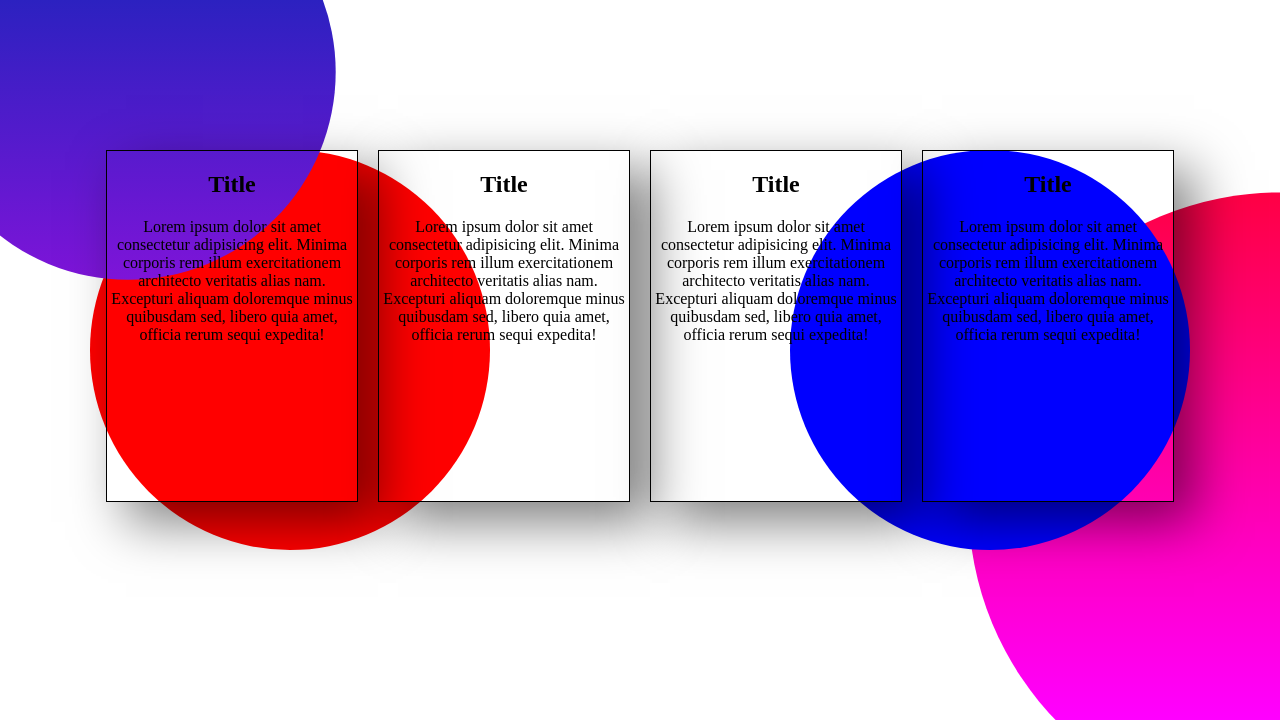
Repository: dovanluyen1996/Test-Git-PR
Page: index.html
The author's editor kept a copy of each file at every save. The page is drawn from the files as they stood at one save, then again after the next save.
The browser window is 1280 px wide. The pictures show the whole page.

Above is the page before, as saved 2021-09-06 23:52:07.

### index.html
<!DOCTYPE html>
<html lang="en">
  <head>
    <meta charset="UTF-8" />
    <meta http-equiv="X-UA-Compatible" content="IE=edge" />
    <meta name="viewport" content="width=device-width, initial-scale=1.0" />
    <title>TestVsCode</title>
    <link rel="stylesheet" href="css/style.css" />
  </head>

  <body>
    <div class="container">
      <div class="test1"></div>
      <div class="test2"></div>
    </div>
    <div class="center">
      <div class="item-center">
        <h2>Title</h2>
        <p class="text">
          Lorem ipsum dolor sit amet consectetur adipisicing elit. Minima
          corporis rem illum exercitationem architecto veritatis alias nam.
          Excepturi aliquam doloremque minus quibusdam sed, libero quia amet,
          officia rerum sequi expedita!
        </p>
      </div>
      <div class="item-center">
        <h2>Title</h2>
        <p class="text">
          Lorem ipsum dolor sit amet consectetur adipisicing elit. Minima
          corporis rem illum exercitationem architecto veritatis alias nam.
          Excepturi aliquam doloremque minus quibusdam sed, libero quia amet,
          officia rerum sequi expedita!
        </p>
      </div>
      <div class="item-center">
        <h2>Title</h2>
        <p class="text">
          Lorem ipsum dolor sit amet consectetur adipisicing elit. Minima
          corporis rem illum exercitationem architecto veritatis alias nam.
          Excepturi aliquam doloremque minus quibusdam sed, libero quia amet,
          officia rerum sequi expedita!
        </p>
      </div>
      <div class="item-center">
        <h2>Title</h2>
        <p class="text">
          Lorem ipsum dolor sit amet consectetur adipisicing elit. Minima
          corporis rem illum exercitationem architecto veritatis alias nam.
          Excepturi aliquam doloremque minus quibusdam sed, libero quia amet,
          officia rerum sequi expedita!
        </p>
      </div>
    </div>
  </body>
</html>

### css/style.css
body {
}
body::before {
  content: "";
  position: absolute;
  top: 0;
  left: 0;
  width: 100%;
  height: 100%;
  background: linear-gradient(#f00, #f0f);
  clip-path: circle(30% at right 70%);
}
body::after {
  content: "";
  position: absolute;
  top: 0;
  left: 0;
  width: 100%;
  height: 100%;
  background: linear-gradient(rgb(44, 33, 192), #f0f);
  clip-path: circle(20% at 10% 10%);
}
.container {
  width: 1100px;
  margin: 0 auto;
  position: relative;
}
.test1 {
  width: 400px;
  height: 400px;
  background-color: red;
  border-radius: 50%;
  position: absolute;
}
.test2 {
  width: 400px;
  height: 400px;
  background-color: blue;
  border-radius: 50%;
  position: absolute;
  right: 0;
}
.item-center {
  width: 250px;
  height: 350px;
  border: 1px solid black;
  text-align: center;
  box-shadow: 20px 20px 50px rgba(0, 0, 0, 0.5);
}
.center {
  margin-top: 150px;
  position: relative;
  z-index: 999;
  display: flex;
  column-gap: 20px;
  justify-content: center;
  align-items: center;
}

After the next save:
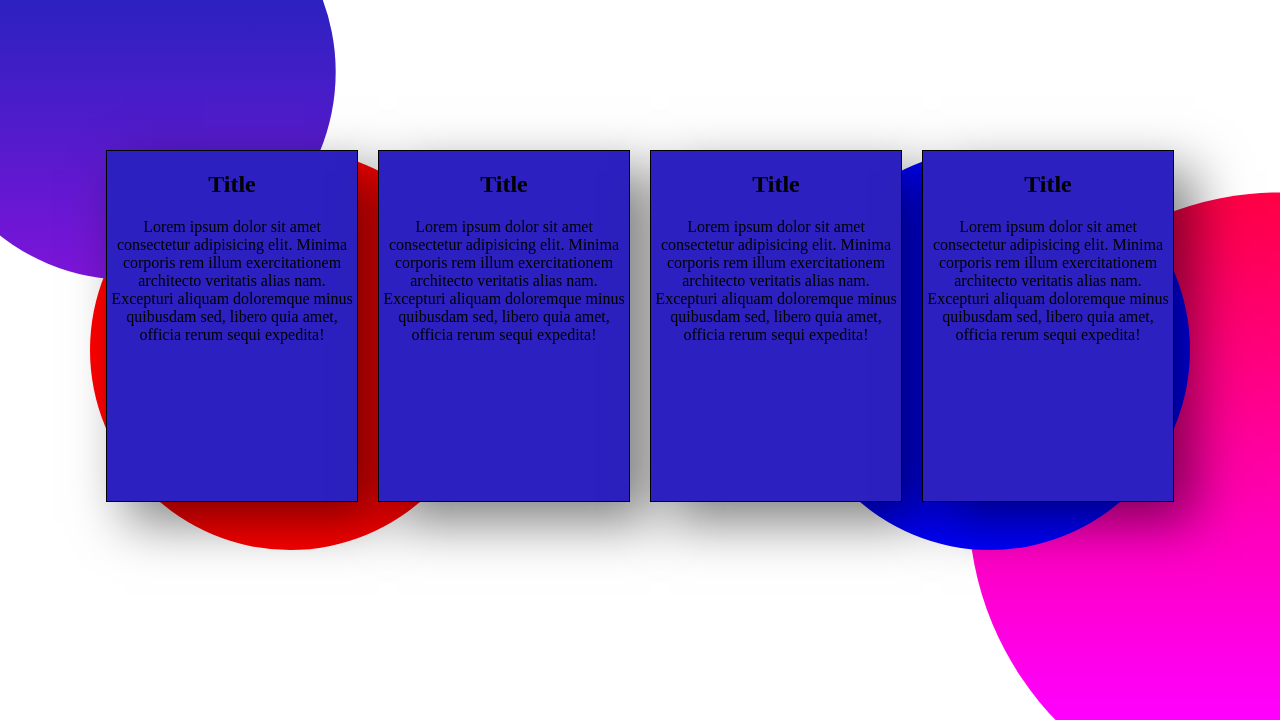
Saved 31 s later.
--- a/css/style.css
+++ b/css/style.css
@@ -46,6 +46,7 @@ body::after {
   border: 1px solid black;
   text-align: center;
   box-shadow: 20px 20px 50px rgba(0, 0, 0, 0.5);
+  background: rgb(44, 33, 192);
 }
 .center {
   margin-top: 150px;
